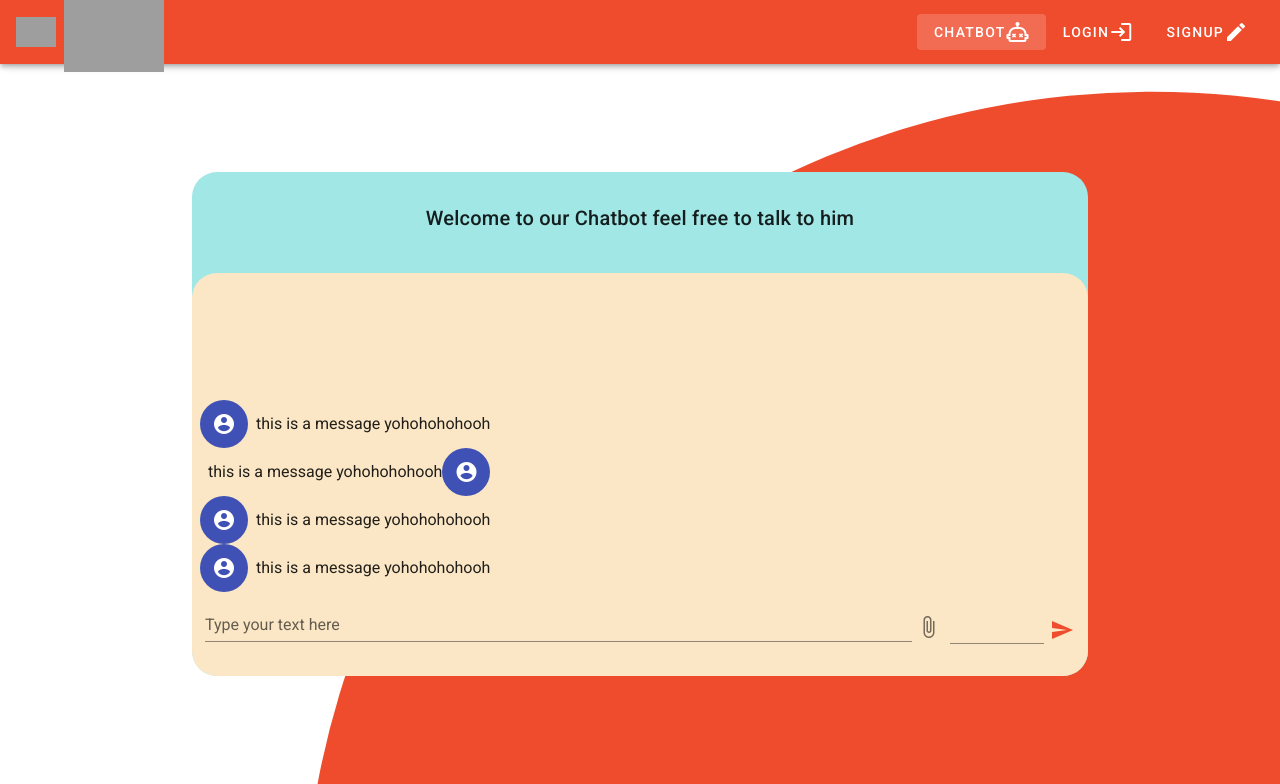
Repository: atout811/pyTorch-Hackathon
Page: /chatbot (app in frontend/)
These files come from the project's save history. The page is drawn as it stood at one moment and after the next save; the edit follows.
The browser window is 1280 px wide. The pictures show the whole page.
Pictures or frames that could not be fetched are drawn as grey boxes. The project was rebuilt for these pictures with package versions that can differ from the ones it lists, and the page was loaded fresh each time. Also part of the build but not shown: frontend/vue.config.js, frontend/src/views/Home.vue.

Above is the page before, as saved 2021-10-21 15:29:02.

After the next save:
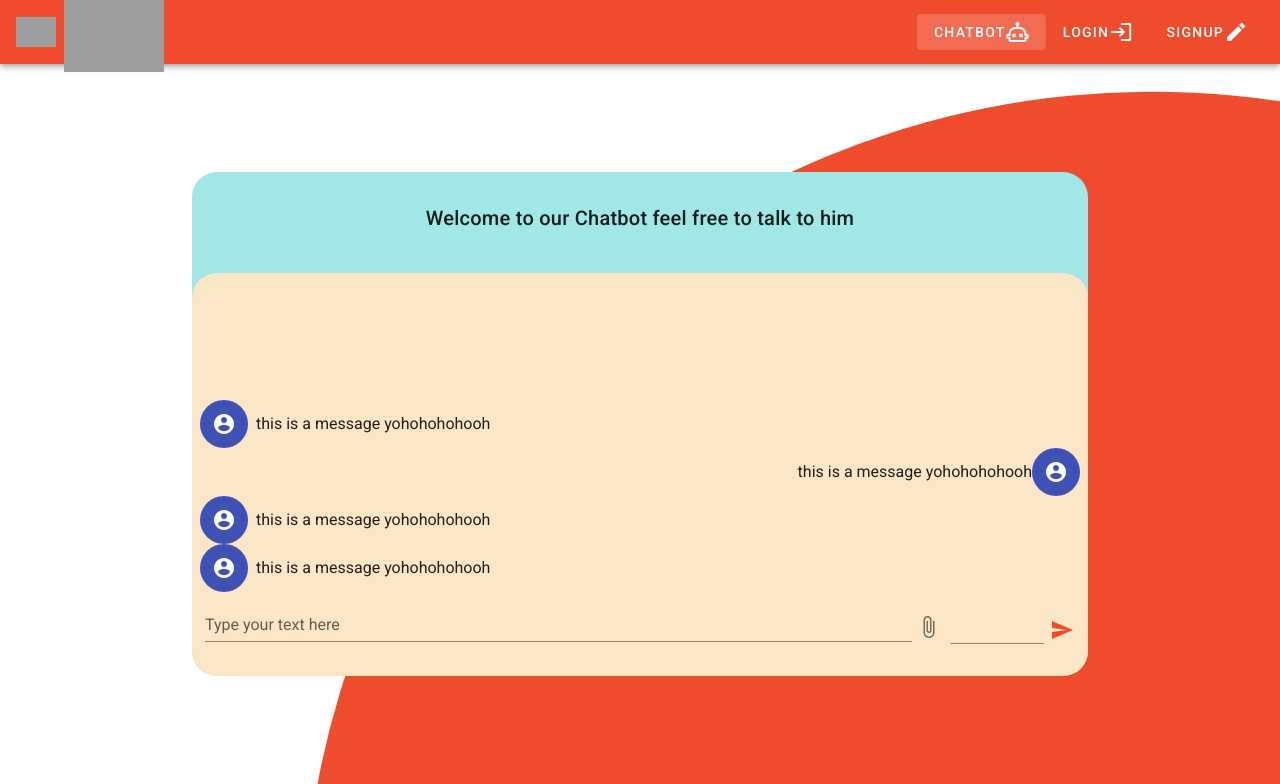
Saved 9 s later.
--- a/frontend/src/views/Chatbot.vue
+++ b/frontend/src/views/Chatbot.vue
@@ -90,7 +90,6 @@ export default {
   display: flex;
   align-items: center;
   flex-direction: row-reverse;
-  justify-content: flex-end;
 }
 .messg {
   margin-left: 8px;
